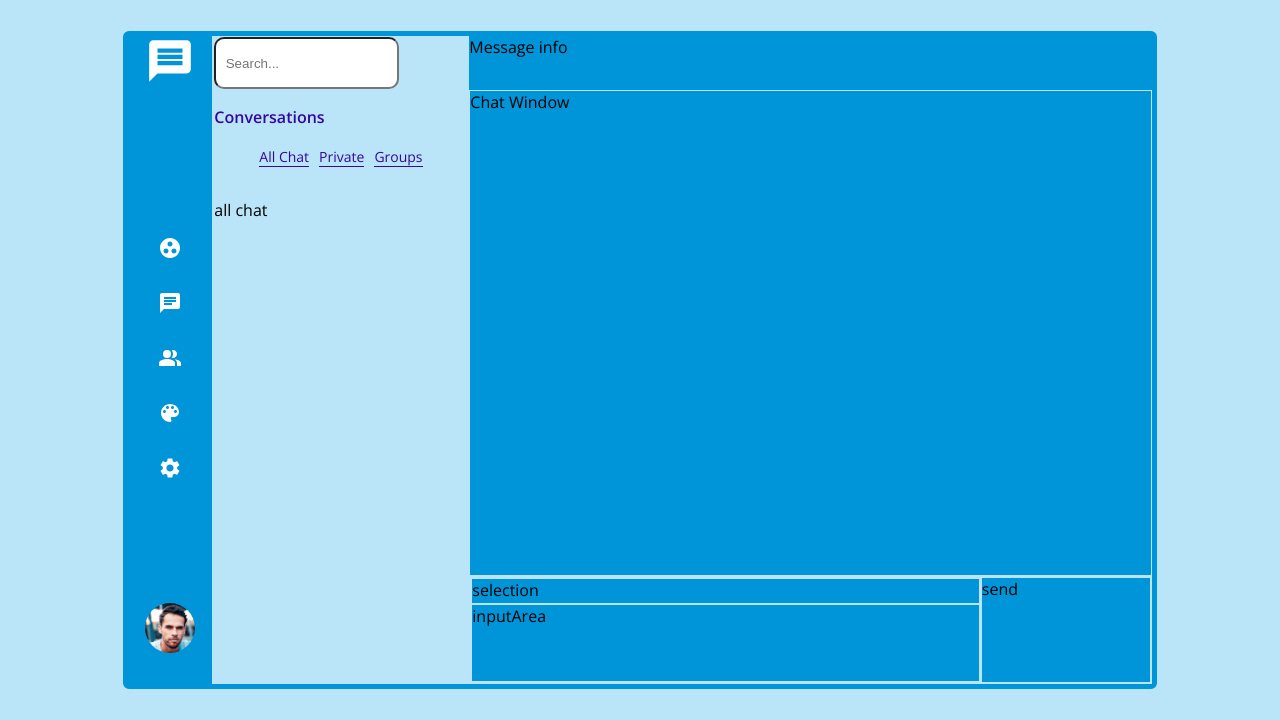
Repository: arafat877/super-chat
Page: /
The author's editor kept a copy of each file at every save. The page is drawn from the files as they stood at one save, then again after the next save.
The browser window is 1280 px wide. The pictures show the whole page.
The project was rebuilt for these pictures with package versions that can differ from the ones it lists, and the page was loaded fresh each time.

Above is the page before, as saved 2020-08-05 00:19:54.

### public/index.html
<!DOCTYPE html>
<html lang="en">
  <head>
    <meta charset="utf-8" />
    <meta name="viewport" content="width=device-width, initial-scale=1" />
    <meta name="theme-color" content="#000000" />
    <meta
      name="description"
      content="Chat application with node.js, express, react.js, mongoDb and socket.io"
    />
    <link rel="stylesheet" href="styles.css">
    <link href="https://fonts.googleapis.com/css2?family=Open+Sans:wght@300;400;600;700;800&display=swap" rel="stylesheet">

    <title>Super Chat</title>
  </head>
  <body>
    <noscript>You need to enable JavaScript to run this app.</noscript>
    <div id="root"></div>
  </body>
</html>

### src/App.js
import React from "react";
import "./App.scss";
import logo from "./assets/logo.png";
import {
  Message,
  GroupWork,
  Chat,
  Palette,
  Settings,
  PeopleAlt,
} from "@material-ui/icons";

function App() {
  return (
    <div className="appContainer">
      <div className="appWrapper">
        <div className="mainColumn">
          <div className="mcLogo">
            <Message className="logo"/>
          </div>
          <div className="mcList">
            <ul className="mainList">
              <li className="mainListItem">
                <GroupWork className="listItemIcon" />
              </li>
              <li className="mainListItem">
                <Chat className="listItemIcon" />
              </li>
              <li className="mainListItem">
                <PeopleAlt className="listItemIcon" />
              </li>
              <li className="mainListItem">
                <Palette className="listItemIcon" />
              </li>
              <li className="mainListItem">
                <Settings className="listItemIcon" />
              </li>
            </ul>
          </div>
          <div className="mcPhoto">
            <img
              className="profilePicture"
              src={require("./assets/m1.jpeg")}
              alt="Profile"
            />
          </div>
        </div>
        <div className="conversationsColumn">
          <div className="ccSearch">
            <input className="searchInput" placeholder="  Search..."/>
          </div>
          <div className="ccTitle">
            <span className="ccTitleSpan">Conversations</span>
          </div>
          <div className="ccSelection">
            <ul className="ccSelectionList">
              <li className="ccSelectionListItem">All Chat</li>
              <li className="ccSelectionListItem">Private</li>
              <li className="ccSelectionListItem">Groups</li>
            </ul>
          </div>
          <div className="ccAllChat">all chat</div>
          {/* <div className="ccPrivate">private</div>
          <div className="ccGroups">groups</div> */}
        </div>
        <div className="messagesColumn">
          <div className="mecInfo">Message info</div>
          <div className="mecWindow">Chat Window</div>
          <div className="mecInput">
            <div className="inputColumn">
              <div className="inputSelection">selection</div>
              <div className="inputArea">inputArea</div>
            </div>
            <div className="inputSend">send</div>
          </div>
        </div>
      </div>
    </div>
  );
}

export default App;

### src/App.scss
:root {
  --main-bg-light: rgb(186, 228, 248);
  --main-bg-dark: rgb(32, 55, 66);
  --main-bg-hot: rgb(204, 98, 79);
  --main-bg-sweet: rgb(198, 255, 164);

  --wrapper-bg-light: rgb(0, 148, 216);
}

.appContainer {
  height: 100vh;
  background-color: var(--main-bg-light);
  display: flex;
  font-family: 'Open Sans', sans-serif;


  .appWrapper {
    height: 90vh;
    width: 80vw;
    background-color: var(--wrapper-bg-light);
    border-radius: 6px;
    border: solid thick var(--wrapper-bg-light);
    margin: auto;
    display: grid;
    grid-template-columns: repeat(12, 1fr);

    .mainColumn {
      border-right: solid thin var(--main-bg-light);
      grid-column-start: 1;
      grid-column-end: 2;
      display: grid;
      grid-template-rows: repeat(12, 1fr);
      text-align: center;

      .mcLogo {
        grid-row-start: 1;
        grid-row-end: 3;

        .logo {
          height: 50px;
          width: 50px;
          color: white;
        }
      }

      .mcList {
        grid-row-start: 3;
        grid-row-end: 11;
        display: flex;

        .mainList {
          list-style: none;
          margin: auto;
          padding: 0px;

          .mainListItem {
            color: white;

            .listItemIcon{
              height: 50px;
            }
          }
        }
      }

      .mcPhoto {
        grid-row-start: 11;
        grid-row-end: 13;
        margin: auto;

        .profilePicture{
          height: 50px;
          width: 50px;
          border-radius: 50%;
          object-fit: cover;
        }
      }
    }

    .conversationsColumn {
      border-right: solid thin var(--main-bg-light);
      grid-column-start: 2;
      grid-column-end: 5;
      display: grid;
      grid-template-rows: repeat(12, 1fr);
      background-color: rgb(186, 228, 248);

      .ccSearch {
        border: solid thin var(--main-bg-light); //temporary
        grid-row-start: 1;
        grid-row-end: 2;
        text-align: center;
        display: flex;

        .searchInput{
          border-radius: 10px;

          &:focus{
            outline: none;
          }
        }
      }

      .ccTitle {
        border: solid thin var(--main-bg-light); //temporary
        grid-row-start: 2;
        grid-row-end: 3;
        display: flex;

        .ccTitleSpan{
          margin-top: auto;
          margin-bottom: auto;
          font-weight: 600;
          color: rgb(52, 7, 158);
        }
      }

      .ccSelection {
        border: solid thin var(--main-bg-light); //temporary
        grid-row-start: 3;
        grid-row-end: 4;

        .ccSelectionList{
          list-style:none;
          margin-top: auto;

          .ccSelectionListItem{
            display: inline;
            margin: 5px;
            font-size: 14px;
            font-weight: 300;
            border-bottom: solid thin;
            color: rgb(52, 7, 158);
          }
        }
      }
      .ccAllChat {
        border: solid thin var(--main-bg-light); //temporary
        grid-row-start: 4;
        grid-row-end: 13;
      }
    }
    .messagesColumn {
      grid-column-start: 5;
      grid-column-end: 13;
      display: grid;
      grid-template-rows: repeat(12, 1fr);

      .mecInfo {
        grid-row-start: 1;
        grid-row-end: 2;
      }
      .mecWindow {
        border: solid thin var(--main-bg-light); //temporary
        grid-row-start: 2;
        grid-row-end: 11;
      }
      .mecInput {
        border: solid thin var(--main-bg-light); //temporary
        grid-row-start: 11;
        grid-row-end: 13;
        display: grid;
        grid-template-columns: repeat(12, 1fr);

        .inputColumn {
          border: solid thin var(--main-bg-light); //temporary
          grid-column-start: 1;
          grid-column-end: 10;
          display: grid;
          grid-template-rows: repeat(12, 1fr);

          .inputSelection {
            border: solid thin var(--main-bg-light); //temporary
            grid-row-start: 1;
            grid-row-end: 4;
          }
          .inputArea {
            border: solid thin var(--main-bg-light); //temporary
            grid-row-start: 4;
            grid-row-end: 13;
          }
        }

        .inputSend {
          border: solid thin var(--main-bg-light); //temporary
          grid-column-start: 10;
          grid-column-end: 13;
        }
      }
    }
  }
}

Loaded but not shown: src/index.js (common file); public/styles.css (common file)

After the next save:
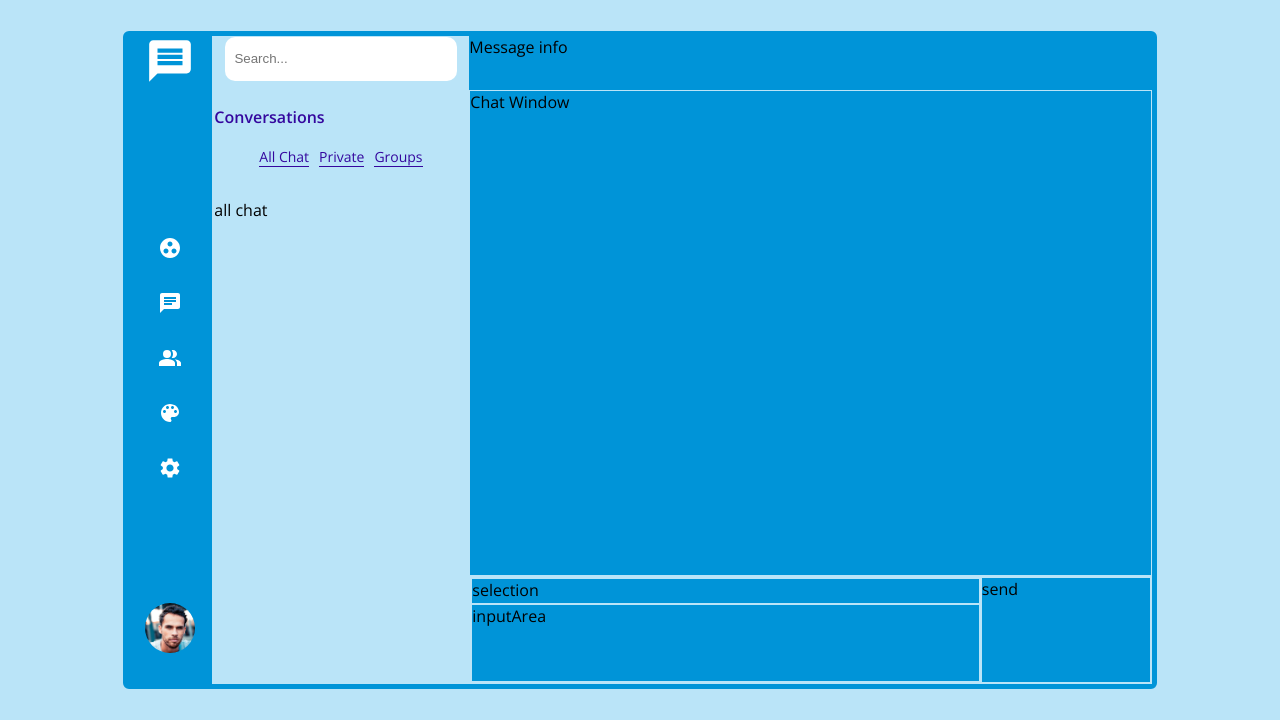
Saved 8 s later.
--- a/src/App.scss
+++ b/src/App.scss
@@ -90,9 +90,12 @@
         grid-row-start: 1;
         grid-row-end: 2;
         text-align: center;
-        display: flex;
 
         .searchInput{
+          margin: auto;
+          border: none;
+          width: 90%;
+          height: 80%;
           border-radius: 10px;
 
           &:focus{
